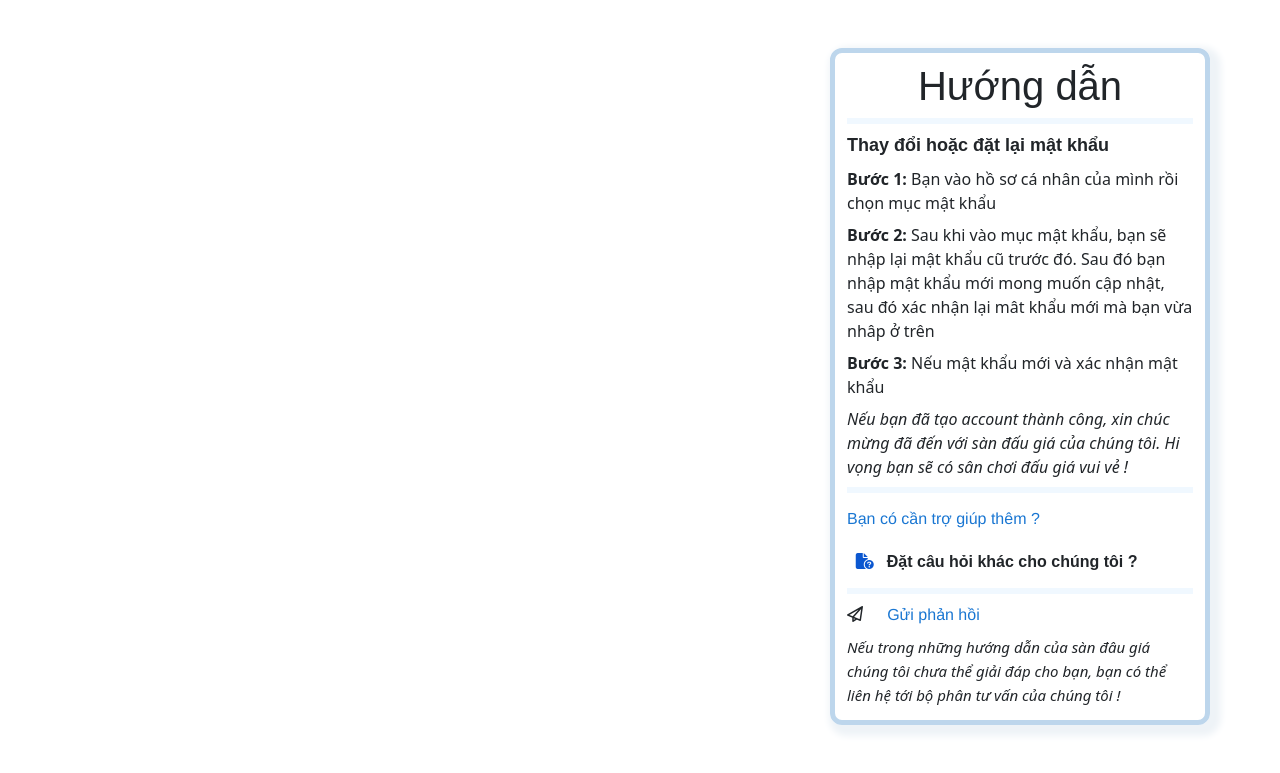
Repository: SonPhamThe/C0622G1-module5
Page: prototype--module6/guides/guide2.html
These files come from the project's save history. The page is drawn as it stood at one moment and after the next save; the edit follows.
The browser window is 1280 px wide. The pictures show the whole page.
Some web libraries are served in a nearby version.

Above is the page before, as saved 2022-12-07 15:29:15.

### prototype--module6/guides/guide2.html
<!DOCTYPE html>
<html lang="en">
  <head>
    <meta charset="UTF-8" />
    <meta
      name="viewport"
      content="width=device-width, user-scalable=no, initial-scale=1.0, maximum-scale=1.0, minimum-scale=1.0"
    />
    <meta http-equiv="X-UA-Compatible" content="ie=edge" />
    <title>Trang chủ hướng dẫn</title>
    <link rel="stylesheet" href="guide1.css" />
    <link rel="icon" type="image/x-icon" href="favicon.ico" />

    <link
      rel="stylesheet"
      href="https://cdnjs.cloudflare.com/ajax/libs/font-awesome/6.2.1/css/all.min.css"
    />

    <link
      href="https://cdn.jsdelivr.net/npm/bootstrap@5.1.3/dist/css/bootstrap.min.css"
      rel="stylesheet"
      integrity="sha384-1BmE4kWBq78iYhFldvKuhfTAU6auU8tT94WrHftjDbrCEXSU1oBoqyl2QvZ6jIW3"
      crossorigin="anonymous"
    />
    <script
      src="https://cdn.jsdelivr.net/npm/bootstrap@5.1.3/dist/js/bootstrap.bundle.min.js"
      integrity="sha384-ka7Sk0Gln4gmtz2MlQnikT1wXgYsOg+OMhuP+IlRH9sENBO0LRn5q+8nbTov4+1p"
      crossorigin="anonymous"
    ></script>
    <link
      rel="stylesheet"
      href="https://cdnjs.cloudflare.com/ajax/libs/font-awesome/5.15.4/css/all.min.css"
    />
  </head>
  <body>
    <!--Khi chọn mục hướng dẫn trên navbar sẽ đổ modal xuống. Ở trang chủ hướng dẫn em tính làm gồm những phần:
      Cách đăng ký account,
      Thay đổi hoặc đặt lại mật khẩu của bạn,
      Quản lý mật khẩu, vv....
      Khi click một trong số option sẽ chuyển qua một form chứa nội dung của từng tiêu đề đó
     -->
    <div class="container mb-5 mt-5">
      <div class="row">
        <div class="col-lg-4"></div>
        <div class="col-lg-4"></div>
        <div class="boxed col-lg-4 shadow-md" style="height: 100% !important">
          <form>
            <div class="mt-1 text-center">
              <h1 style="font-family: sans-serif">Hướng dẫn</h1>
            </div>
            <div
              class="mb-2"
              style="height: 6px; background-color: aliceblue; width: 100%"
            ></div>
            <div class="mb-2">
              <label
                ><strong style="font-family: sans-serif; font-size: large"
                  >Thay đổi hoặc đặt lại mật khẩu</strong
                ></label
              >
            </div>
            <div class="mb-2">
              <span>
                <strong>Bước 1: </strong>
                Bạn vào hồ sơ cá nhân của mình rồi chọn mục mật khẩu
            </div>
            <div class="mb-2">
              <span>
                <strong>Bước 2: </strong>
                Sau khi vào mục mật khẩu, bạn sẽ nhập lại mật khẩu cũ trước đó.
                Sau đó bạn nhập mật khẩu mới mong muốn cập nhật, sau đó xác nhận lại mât khẩu mới mà bạn vừa nhâp ở trên
              </span>
            </div>
            <div class="mb-2">
              <span>
                <strong>Bước 3: </strong>
               Nếu mật khẩu mới và xác nhận mật khẩu
              </span>
            </div>

            <div class="mb-2">
              <i>
               Nếu bạn đã tạo account thành công, xin chúc mừng đã đến với sàn đấu giá của chúng tôi. Hi vọng bạn sẽ có sân chơi đấu giá vui vẻ !
              </i>
            </div>

            <div
              class="mb-2"
              style="height: 6px; background-color: aliceblue; width: 100%"
            ></div>

            <div class="mb-2">
              <h6
                class="mt-3 mb-3"
                style="color: #1976d2; font-family: Helvetica"
              >
                Bạn có cần trợ giúp thêm ?
              </h6>
              <div class="mb-2">
                <i class="fa-solid fa-file-circle-question"></i>
                <label style="font-family: sans-serif"
                  ><strong>Đặt câu hỏi khác cho chúng tôi ?</strong></label
                >
              </div>
              <div
                class="mb-2"
                style="height: 6px; background-color: aliceblue; width: 100%"
              ></div>
              <div class="mb-2">
                <i class="fa-regular fa-paper-plane"></i>
                <label
                  style="
                    color: #1976d2;
                    font-family: Helvetica;
                    margin-left: 20px;
                  "
                >
                  Gửi phản hồi
                </label>
              </div>
            </div>
          </form>
          <div class="mb-2">
            <span style="font-size: 15px" class="fst-italic"
              >Nếu trong những hướng dẫn của sàn đâu giá chúng tôi chưa thể giải
              đáp cho bạn, bạn có thể liên hệ tới bộ phân tư vấn của chúng tôi
              !</span
            >
          </div>
        </div>

        <div class="col-lg-3"></div>
      </div>
    </div>
  </body>
  <script src="//ajax.googleapis.com/ajax/libs/jquery/1.9.1/jquery.min.js"></script>
  <script
    src="https://cdn.jsdelivr.net/npm/popper.js@1.12.9/dist/umd/popper.min.js"
    integrity="sha384-ApNbgh9B+Y1QKtv3Rn7W3mgPxhU9K/ScQsAP7hUibX39j7fakFPskvXusvfa0b4Q"
    crossorigin="anonymous"
  ></script>
</html>

### prototype--module6/guides/guide1.css
.boxed {
  width: 400px;
  height: 550px;
}

.boxed {
  border: 5px solid;
  border-image-slice: 1;
  border-color: rgb(189, 214, 236);
  padding: 5px;
  border-radius: 12px;
  background-color: transparent;
  box-shadow: 5px 5px 7px 6px  rgb(238, 243, 247);
}

.fa-solid {
  color: #0b57d0;
  height: 1.125rem;
  margin: 0.55rem;
  visibility: initial;
  width: 1.125rem;
}

After the next save:
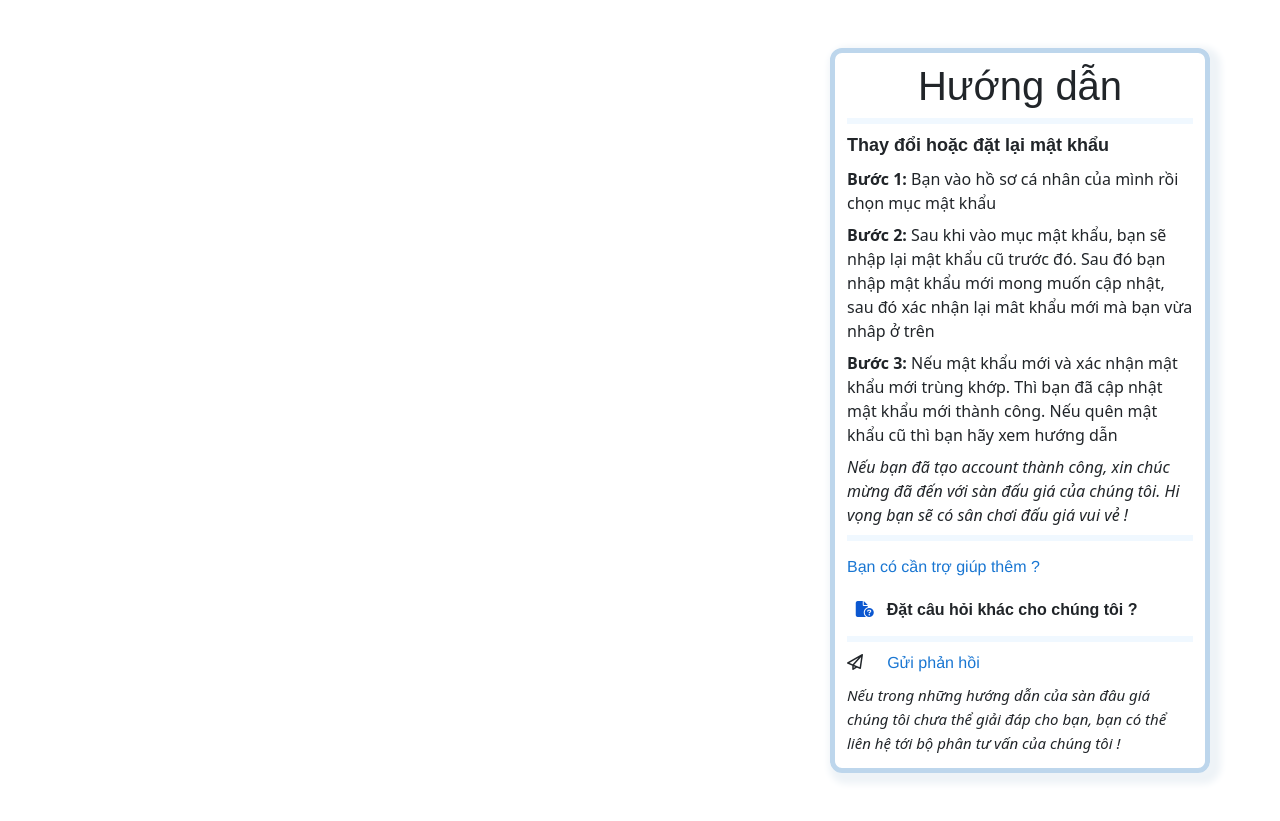
Saved 5 min 37 s later.
--- a/prototype--module6/guides/guide2.html
+++ b/prototype--module6/guides/guide2.html
@@ -74,7 +74,8 @@
             <div class="mb-2">
               <span>
                 <strong>Bước 3: </strong>
-               Nếu mật khẩu mới và xác nhận mật khẩu
+               Nếu mật khẩu mới và xác nhận mật khẩu mới trùng khớp. Thì bạn đã cập nhật mật khẩu mới thành công.
+               Nếu quên mật khẩu cũ thì bạn hãy xem hướng dẫn
               </span>
             </div>
 
